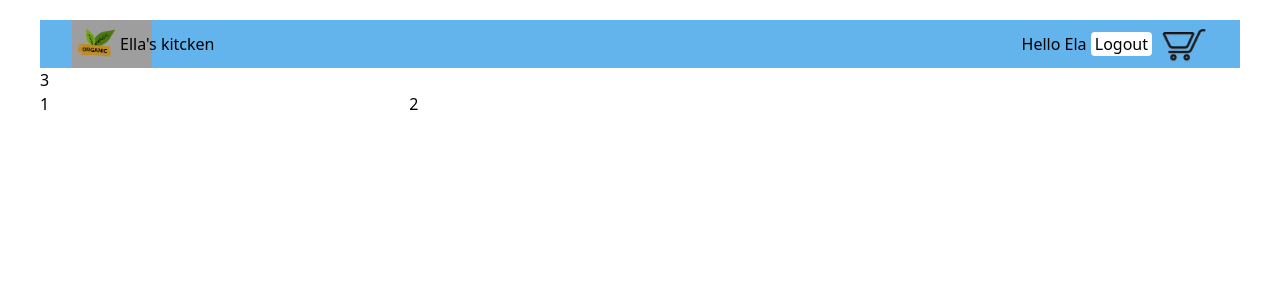
Repository: dgmihaela/eshop-counter
Page: / (app in eshop-counter/my-app/)
An editor plug-in stored every save of this project. The page is shown before and after the next save, followed by the edit.
The browser window is 1280 px wide. The pictures show the whole page.
Pictures or frames that could not be fetched are drawn as grey boxes. The project was rebuilt for these pictures with package versions that can differ from the ones it lists, and the page was loaded fresh each time.

Above is the page before, as saved 2020-12-29 14:31:00.

### eshop-counter/my-app/src/index.js
import React from 'react';
import ReactDOM from 'react-dom';
import './assets/main.css';
import App from './App';

ReactDOM.render(

    <App />,

  document.getElementById('root')
);

### eshop-counter/my-app/src/App.js
import React, { useState, useEffect } from 'react';
import Header from './components/Header';
import MainContainer from './components/MainContainer';

function App() {
  const [images, setImages] = useState([]);
  const [isLoading, setIsLoading] = useState(true);
  const [term, setTerm] = useState('');


  return (
    <div className="container mx-auto px-10 py-5">

    <Header />
    <MainContainer />


    </div>
  );
}

export default App;

### eshop-counter/my-app/src/components/Header.js
import React from 'react';
import logo from '../assets/images/organicLogo.png';
import cart from '../assets/images/cart.png'

const Header = () => {

    return(
      <div className='grid grid-cols-2 gap-50  h-12 justify-items-center bg-blue-400'>
          <div className="logo inline-block min-w-min w-36 flex justify-start h-12">
              <div className='logo-image w-20 h-12 ml-8'>
                <div className=' bg-contain w-20 h-12 bg-no-repeat' style={{backgroundImage: `url(${logo})`}} ></div>
              </div>
            <div className='w-36 h-12 my-3 -ml-8'>Ella's kitcken</div>
          </div>
          <div className="cart inline-block min-w-min w-36 flex justify-end h-12">
            <div className='text-right inline-block min-w-min w-36 h-12 py-3  -mr-10'>Hello Ela <button className='bg-white px-1 py-0.5 rounded'>Logout</button> </div>
            <div className='shopCart w-20 h-12 ml-12'>
                <button className='bg-contain w-12 h-12 bg-no-repeat inline-block' style={{backgroundImage: `url(${cart})`}}></button>
            </div>
          </div>
      </div>
    )
}

export default Header;

### eshop-counter/my-app/src/components/MainContainer.js
import React from 'react';
import LeftSideCategory from './LeftSideCategory';
import RightSideProducts from './RightSideProducts';
import Sorter from './Sorter';

const MainContainer = () => {
    return(
        <div>
            <Sorter />
            <div className='flex'>
                <LeftSideCategory />
                <RightSideProducts/>
            </div>
        </div>

    )
}

export default MainContainer;

### eshop-counter/my-app/src/components/LeftSideCategory.js
import React from 'react';

const LeftSideCategory = () => {
    return(
        <div  className='leftSide border-black w-1/3'>
1
        </div>
    )
}

export default LeftSideCategory;

### eshop-counter/my-app/src/components/RightSideProducts.js
import React from 'react';

const RightSideProducts = () => {
    return(
        <div  className='leftSide border-pink-600 w-3/4'>
            2
        </div>
    )
}

export default RightSideProducts;

### eshop-counter/my-app/src/components/Sorter.js
import React from 'react';

const Sorter = () => {
    return(
        <div  className='leftSide border-pink-600 w-full'>
            3
        </div>
    )
}

export default Sorter;

Loaded but not shown: eshop-counter/my-app/public/index.html (common file); eshop-counter/my-app/src/assets/main.css (library)

After the next save:
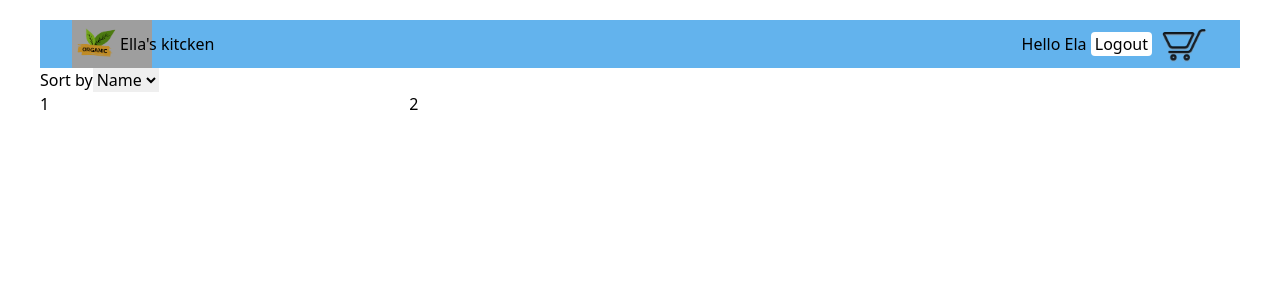
Saved 51 s later.
--- a/eshop-counter/my-app/src/components/Sorter.js
+++ b/eshop-counter/my-app/src/components/Sorter.js
@@ -3,7 +3,10 @@ import React from 'react';
 const Sorter = () => {
     return(
         <div  className='leftSide border-pink-600 w-full'>
-            3
+            Sort by
+            <select>
+                <option>Name</option>
+            </select>
         </div>
     )
 }
